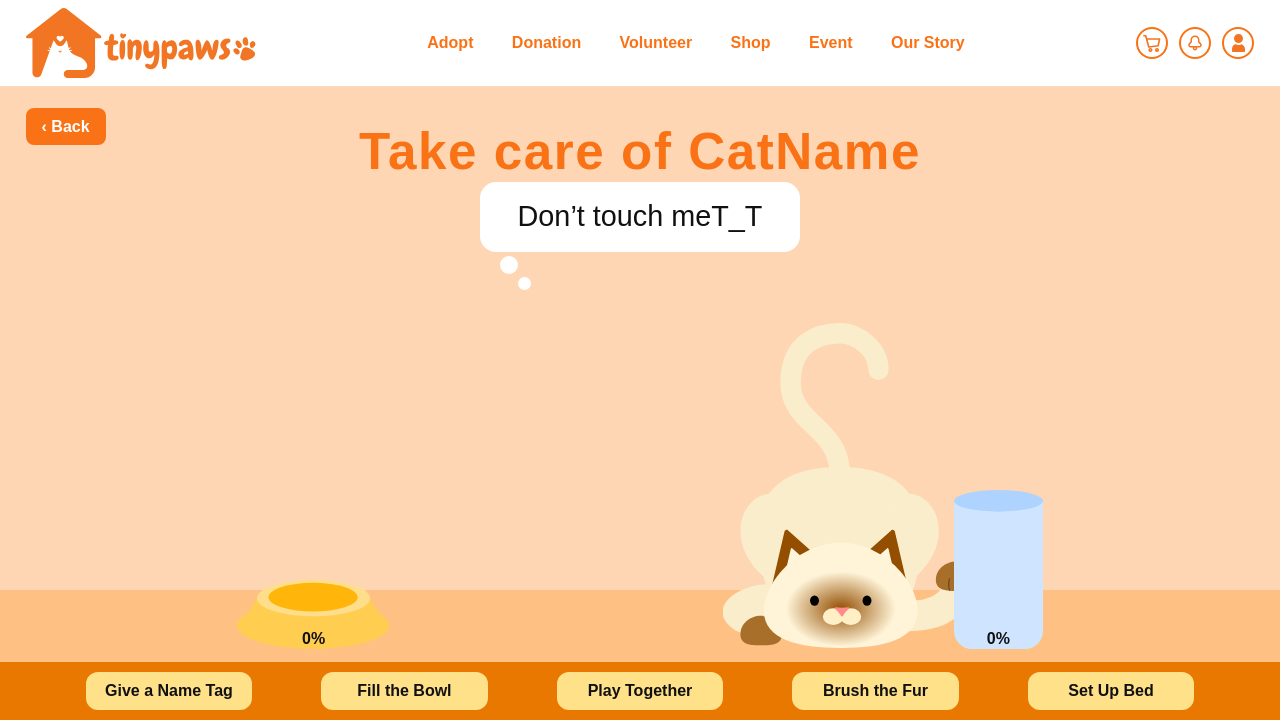
Repository: LShuyanLi/TinyPaws
Page: /, after clicking the first element matching `div > div`
The author's editor kept a copy of each file at every save. The page is drawn from the files as they stood at one save, then again after the next save.
The browser window is 1280 px wide. The pictures show the whole page.
The project was rebuilt for these pictures with package versions that can differ from the ones it lists, and the page was loaded fresh each time. The framework's server and built-in components were replaced by stand-ins that run in the browser. Also part of the build but not shown: next.config.mjs.

Above is the page before, as saved 2026-05-09 23:46:53.

After the next save:
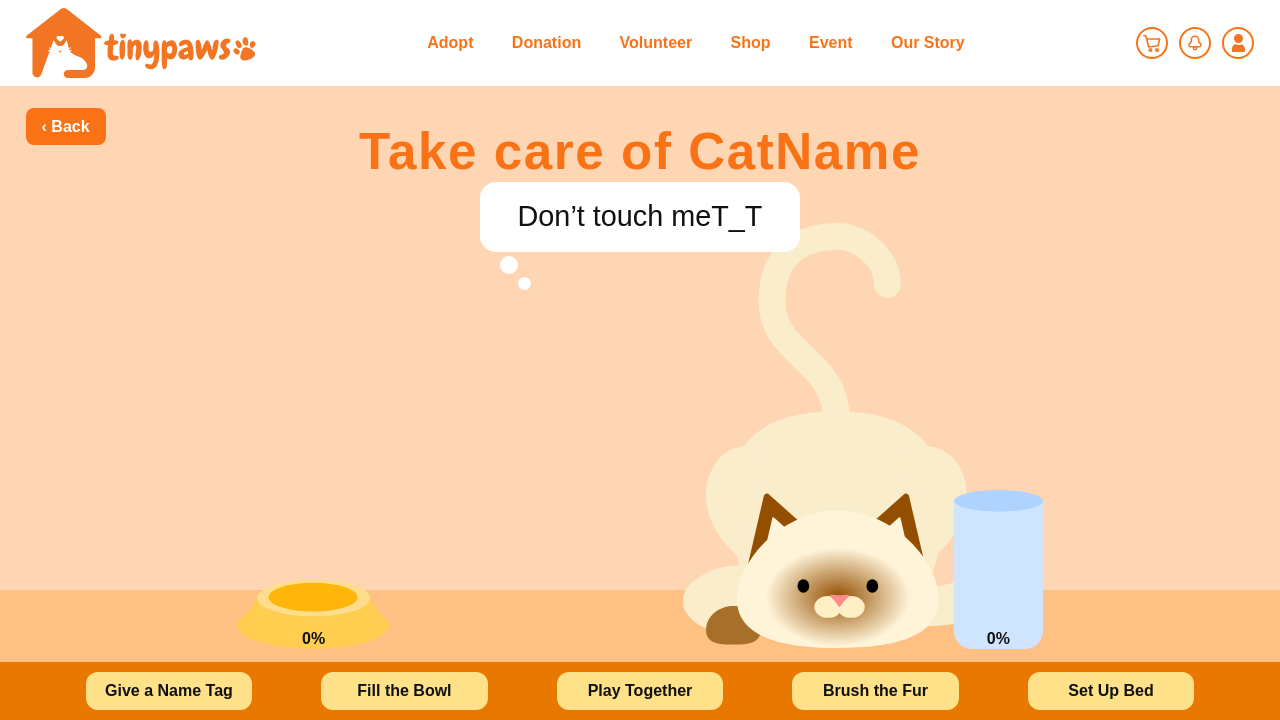
Saved 30 s later.
--- a/components/shared/CatDisplay.jsx
+++ b/components/shared/CatDisplay.jsx
@@ -71,8 +71,8 @@ export default function CatDisplay({
       )}
       <div
         style={{
-          width: "325px",
-          height: "325px",
+          width: "425px",
+          height: "425px",
           position: "relative",
         }}
       >
